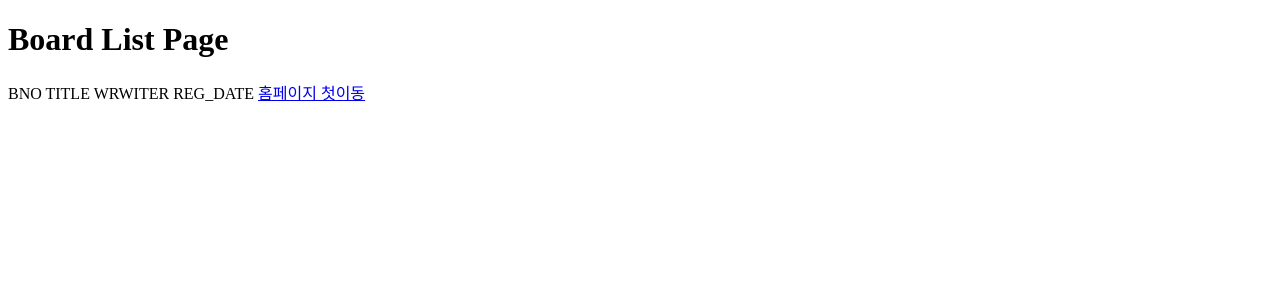
Repository: Leesunghoon1/pjthome
Page: http://localhost/jsp_pjt/board/list.jsp
An editor plug-in stored every save of this project. The page is shown before and after the next save, followed by the edit.
The browser window is 1280 px wide. The pictures show the whole page.
The page is served by Tomcat 9. Other server files are loaded and not shown.

Above is the page before, as saved 2023-09-21 08:40:50.

### jsp_pjt-main/jsp_pjt/src/main/webapp/board/list.jsp
<%@ page language="java" contentType="text/html; charset=UTF-8"
    pageEncoding="UTF-8"%>
    <%@ taglib prefix="c" uri="http://java.sun.com/jsp/jstl/core" %>
<!DOCTYPE html>
<html>
<head>
<meta charset="UTF-8">
<title>Insert title here</title>
</head>
<body>
<h1>Board List Page</h1>
<tr>
	<th>BNO</th>
	<th>TITLE</th>
	<th>WRWITER</th>
	<th>REG_DATE</th>
</tr>
 <a href="/index.jsp">홈페이지 첫이동</a>
   <a href="/brd/register"></a>
</body>
</html>

After the next save:
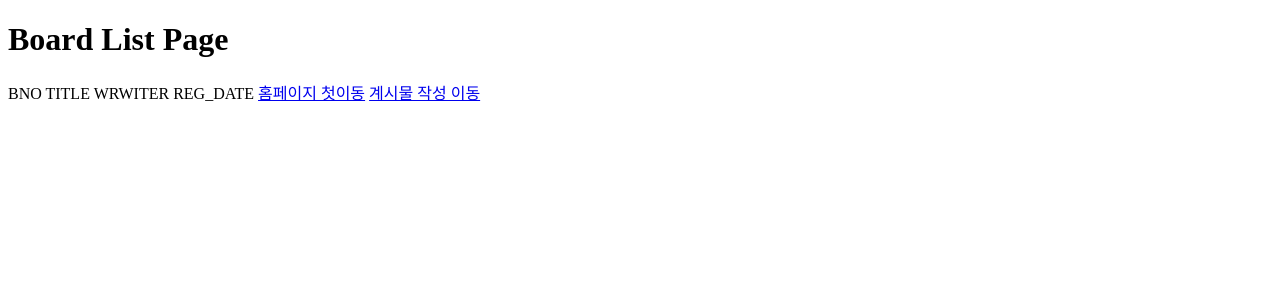
Saved 5 s later.
--- a/jsp_pjt-main/jsp_pjt/src/main/webapp/board/list.jsp
+++ b/jsp_pjt-main/jsp_pjt/src/main/webapp/board/list.jsp
@@ -16,6 +16,6 @@
 	<th>REG_DATE</th>
 </tr>
  <a href="/index.jsp">홈페이지 첫이동</a>
-   <a href="/brd/register"></a>
+   <a href="/brd/register">계시물 작성 이동</a>
 </body>
 </html>
